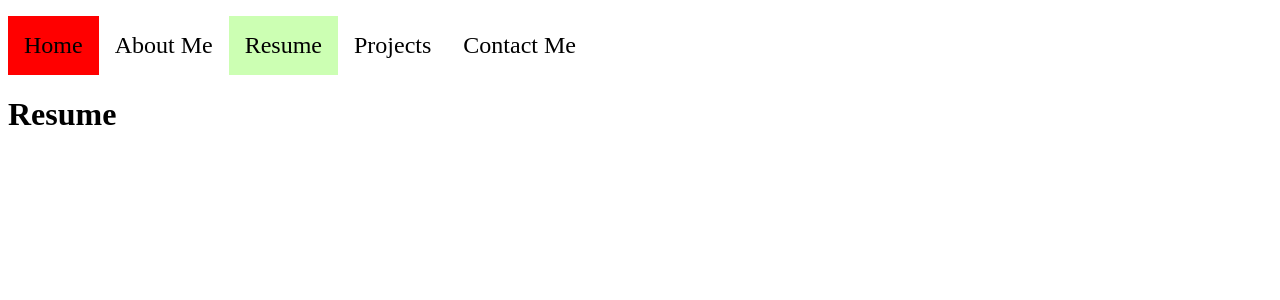
Repository: meganclapinski/meganclapinski.github.io
Page: resume.html
The author's editor kept a record of every edit. The page is drawn from the files as they stood at one moment, then again after the next edit.
The browser window is 1280 px wide. The pictures show the whole page.
The pointer rests on the first visible `.navbar li`.

Above is the page before.

After the next edit:
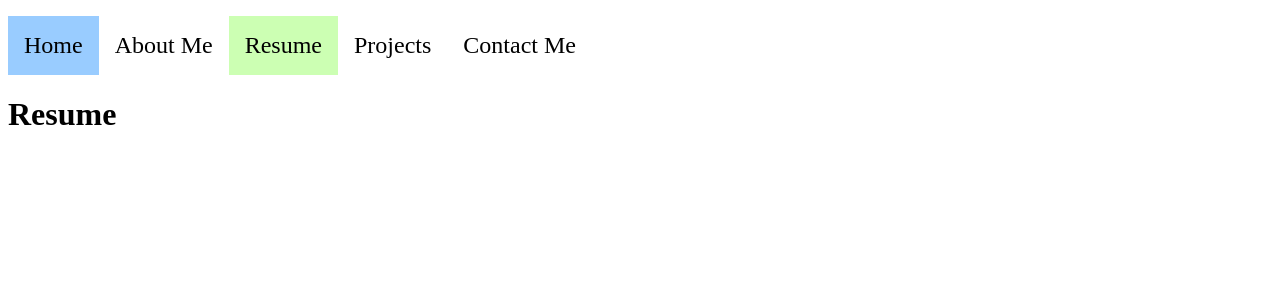
The edit:
--- a/style.css
+++ b/style.css
@@ -16,7 +16,7 @@
 
        }
        .navbar li:hover{
-           background-color:red;
+           background-color:#99ccff;
        }
        .dropdown-content{
            list-style:none;
